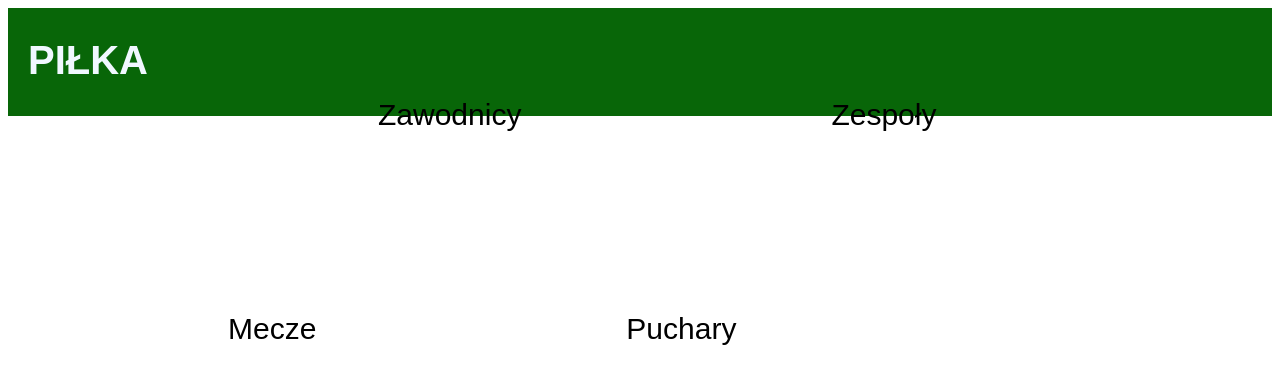
Repository: ZABA78/PAZW
Page: index.html
These files come from the project's save history. The page is drawn as it stood at one moment and after the next save; the edit follows.
The browser window is 1280 px wide. The pictures show the whole page.
Some web fonts or font styles are not loaded; a fallback is used.

Above is the page before, as saved 2023-10-17 14:11:43.

After the next save:
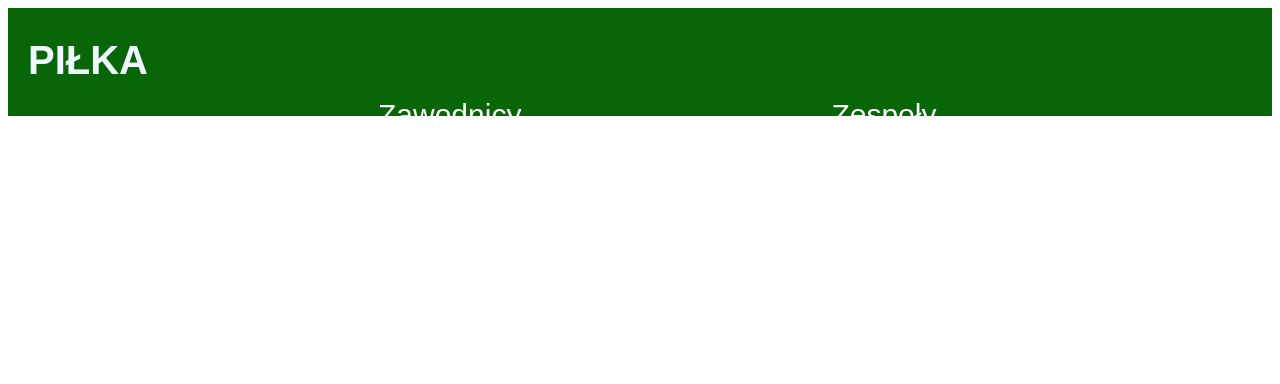
Saved 13 s later.
--- a/style.css
+++ b/style.css
@@ -30,10 +30,10 @@ text-align: center;
 float: left;
 margin-left: 130px;
 text-decoration: none;
-color: black;
+color: white;
 font-size: 30px;
 }
 a:hover
 {
-    background-color: white;
+    background-color: black;
 }
